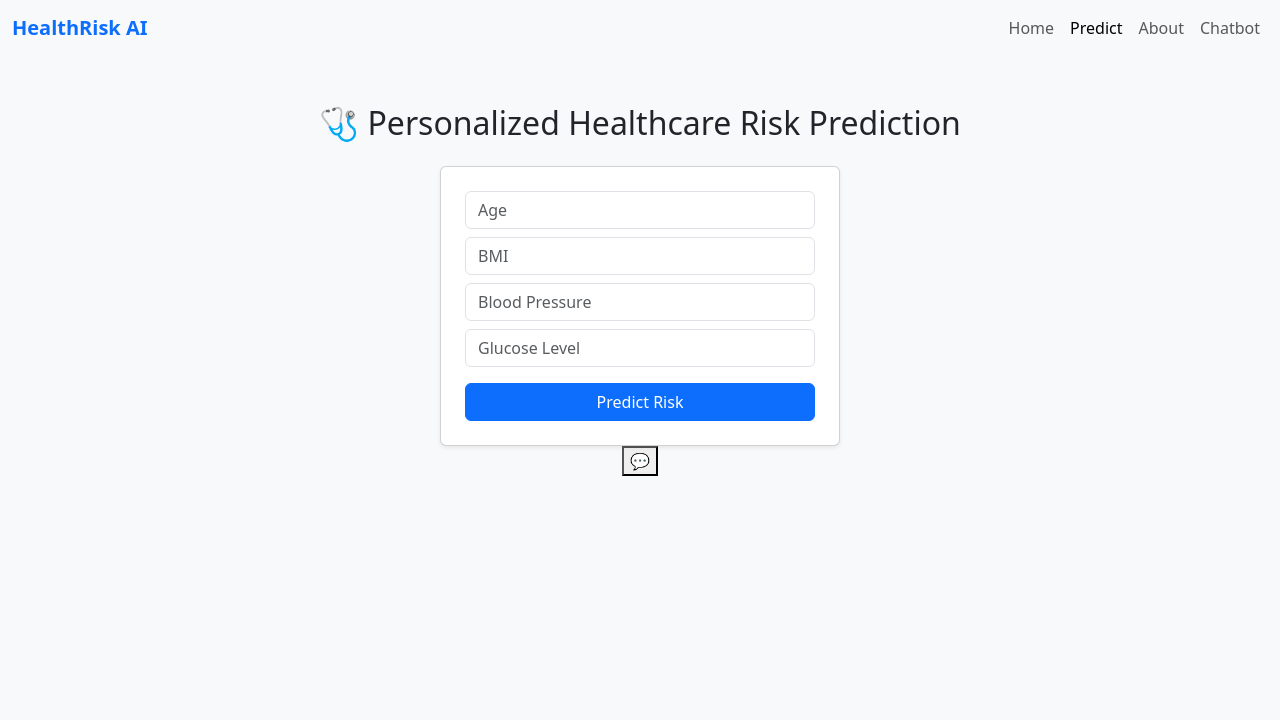
Repository: vipinsamy-sys/ML-health_tracker
Page: http://localhost/
An editor plug-in stored every save of this project. The page is shown before and after a run of saves, followed by the edit.
The browser window is 1280 px wide. The pictures show the whole page.
The page is served by the project's application, run on Flask 3 (app.py).

Above is the page before, as saved 2025-10-31 00:44:23.

### templates/index.html
<!DOCTYPE html>
<html lang="en">
<head>
  <meta charset="UTF-8">
  <title>Predict - HealthRisk AI</title>
  <link rel="stylesheet" href="https://cdn.jsdelivr.net/npm/bootstrap@5.3.0/dist/css/bootstrap.min.css">
</head>
 <!-- Navbar -->
  <nav class="navbar navbar-expand-lg navbar-light">
    <div class="container-fluid">
      <a class="navbar-brand fw-bold text-primary" href="index.html">HealthRisk AI</a>
      <button class="navbar-toggler" type="button" data-bs-toggle="collapse" data-bs-target="#navbarNav" aria-controls="navbarNav">
        <span class="navbar-toggler-icon"></span>
      </button>
      <div class="collapse navbar-collapse" id="navbarNav">
        <ul class="navbar-nav ms-auto">
          <li class="nav-item"><a class="nav-link" href="index.html">Home</a></li>
          <li class="nav-item"><a class="nav-link active" href="predict.html">Predict</a></li>
          <li class="nav-item"><a class="nav-link" href="about.html">About</a></li>
          <li class="nav-item"><a class="nav-link" href="#" onclick="openChatbot();return false;">Chatbot</a></li>
        </ul>
      </div>
    </div>
  </nav>
<body class="bg-light">
  <div class="container text-center mt-5">
    <h2 class="mb-4">🩺 Personalized Healthcare Risk Prediction</h2>
    <form action="/predict" method="POST" class="card p-4 shadow-sm mx-auto" style="max-width:400px;">
      <input type="number" class="form-control mb-2" name="age" placeholder="Age" required>
      <input type="number" class="form-control mb-2" name="bmi" placeholder="BMI" required step="0.1">
      <input type="number" class="form-control mb-2" name="bp" placeholder="Blood Pressure" required>
      <input type="number" class="form-control mb-3" name="glucose" placeholder="Glucose Level" required>
      <button class="btn btn-primary w-100">Predict Risk</button>
    </form>
    {% if result %}
      <div class="alert alert-info mt-4">{{ result }}</div>
    {% endif %}
    <!-- Floating Chatbot Button -->
  <button class="chatbot-fab" id="open-fab" onclick="openChatbot();" title="Open Chatbot">💬</button>
  <div class="chatbot-popup d-none" id="chatbotPopup">
    <div class="chatbot-header">
      <span><b>HealthBot</b></span>
      <button onclick="closeChatbot();" class="btn btn-sm btn-light">&times;</button>
    </div>
    <div class="chatbot-body">
      <div class="text-secondary small mb-2">Ask about health, diet, or prevention tips!</div>

    </div>
    <div class="chatbot-footer d-flex">
      <input type="text" class="form-control me-2" disabled placeholder="Type your question... (demo only)">
      <button class="btn btn-success" disabled>Send</button>
    </div>
  </div>
  <script>
    function openChatbot() {
      document.getElementById('chatbotPopup').classList.remove('d-none');
      document.getElementById('open-fab').style.display = 'none';
    }
    function closeChatbot() {
      document.getElementById('chatbotPopup').classList.add('d-none');
      document.getElementById('open-fab').style.display = '';
    }
    function showResult(event) {
      event.preventDefault();
      document.getElementById('resultBox').classList.remove('d-none');
    }
  </script>
  </div>
</body>
</html>

### app.py
from flask import Flask, request, render_template, jsonify
import joblib
import numpy as np

app = Flask(__name__)

model = joblib.load('model/model.pkl')

@app.route('/')
def home():
    return render_template('index.html')

@app.route('/predict', methods=['POST'])
def predict():
    try:
        age = float(request.form['age'])
        bmi = float(request.form['bmi'])
        bp = float(request.form['bp'])
        glucose = float(request.form['glucose'])

        input_data = np.array([[age, bmi, bp, glucose]])
        prediction = model.predict(input_data)[0]

        result = "⚠️ High Risk" if prediction == 1 else "✅ Low Risk"
        return render_template('index.html', result=result)

    except Exception as e:
        return jsonify({'error': str(e)})

if __name__ == "__main__":
    app.run(debug=True)

After the next 2 saves:
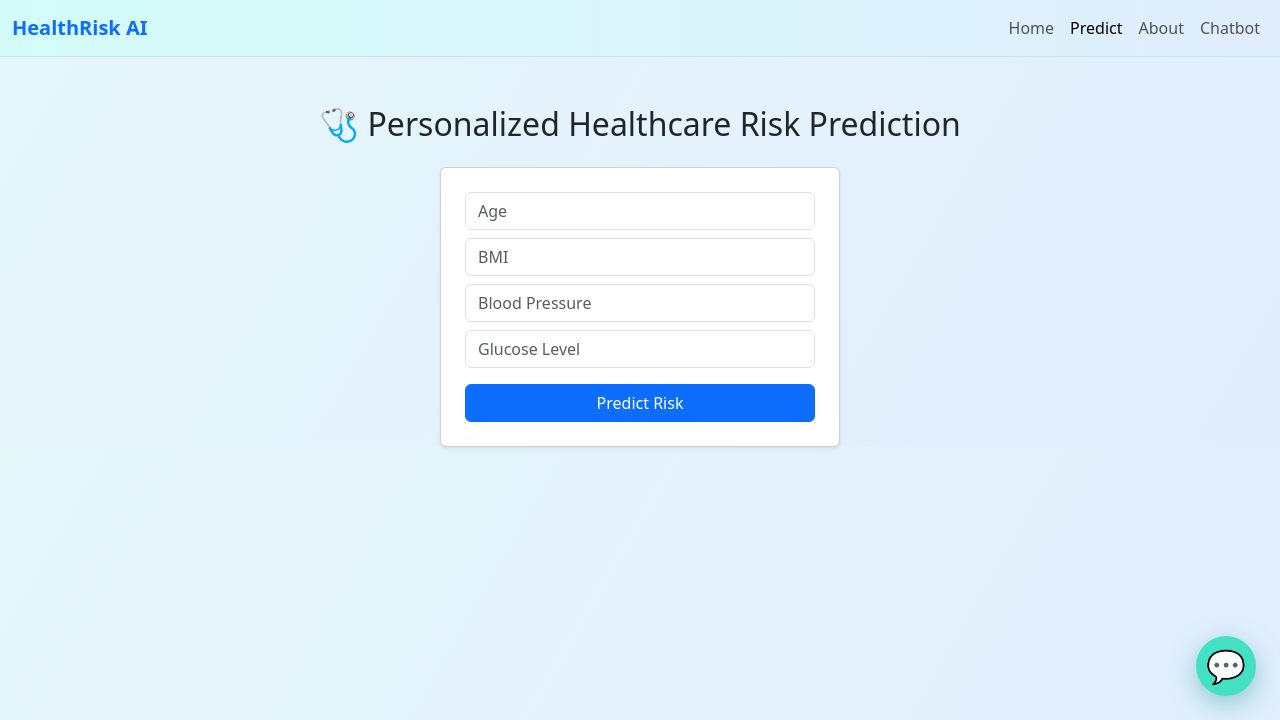
The 2 saves are shown as one change because they came seconds apart.
The last was saved 51 s later.
--- a/templates/index.html
+++ b/templates/index.html
@@ -4,6 +4,18 @@
   <meta charset="UTF-8">
   <title>Predict - HealthRisk AI</title>
   <link rel="stylesheet" href="https://cdn.jsdelivr.net/npm/bootstrap@5.3.0/dist/css/bootstrap.min.css">
+ <style>
+    body {
+      background: linear-gradient(120deg, #e6f7fa 0%, #e0edfd 100%);
+    }
+    .navbar { background: linear-gradient(90deg, #d3fcf8 0%, #e0edfd 100%); border-bottom: 1px solid #c3e6e7; }
+    .chatbot-fab { position: fixed; right: 24px; bottom: 24px; z-index: 999; width: 60px; height: 60px; border-radius: 50%; font-size: 2rem; background: #44e0c4; color: #fff; border: none; box-shadow: 0 8px 24px #60b8b1a8; }
+    .chatbot-fab:hover { box-shadow: 0 16px 32px #60b8b1c0; background: #13b295; }
+    .chatbot-popup { position: fixed; right: 24px; bottom: 100px; width: 330px; max-width: 95vw; border-radius: 18px; background: #f0fcfc; box-shadow: 0 8px 32px rgba(70,120,140,0.16); overflow: hidden; z-index:1100 }
+    .chatbot-header { background: #23c9b2;color:#fff; padding:.75rem 1.2rem; display:flex;align-items:center;justify-content:space-between; }
+    .chatbot-body { max-height: 200px; overflow-y: auto; padding: 1rem 1rem 0.5rem 1rem; color: #216164; background: #f7fafb; font-size: 0.98rem; }
+    .chatbot-footer { background: #fff; padding: 0.5rem 1rem; border-top: 1px solid #d3fcf8; }
+  </style>
 </head>
  <!-- Navbar -->
   <nav class="navbar navbar-expand-lg navbar-light">
